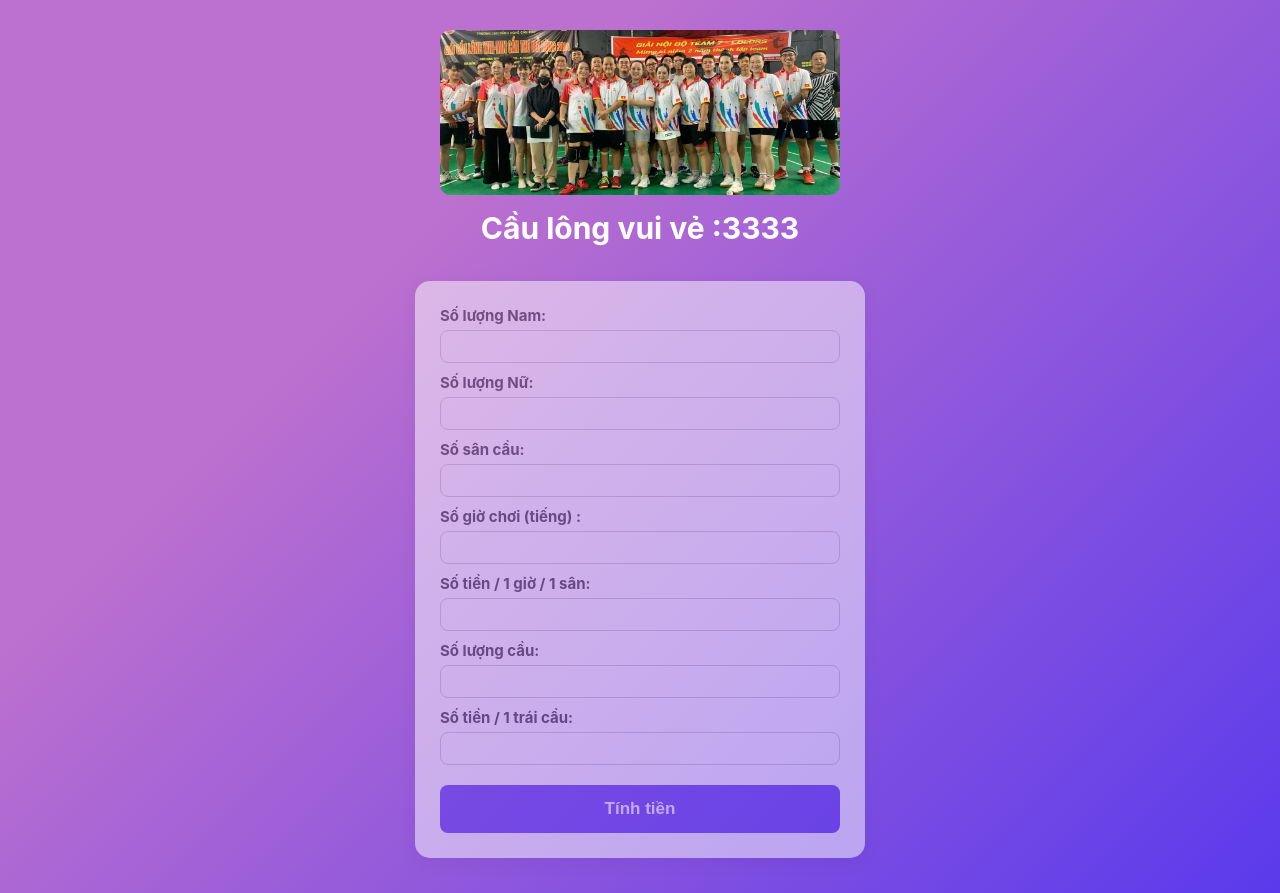
Repository: LuongPTCE181311/Badminton
Page: index.html
An editor plug-in stored every save of this project. The page is shown before and after a run of saves, followed by the edit.
The browser window is 1280 px wide. The pictures show the whole page.

Above is the page before, as saved 2025-12-08 00:58:13.

### index.html
<!DOCTYPE html>
<html lang="vi">

<head>
    <meta charset="UTF-8" />
    <meta name="viewport" content="width=device-width, initial-scale=1.0" />
    <title>Tính Tiền Sân Cầu Lông</title>
    <link rel="stylesheet" href="assets/css/style.css" />
</head>

<body>


    <div class="hero">
        <img src="assets/images/Caulongvuive.jpg" id="img" class="hero-img" alt="Group" />
        <h1 class="title">Cầu lông vui vẻ :3333</h1>
    </div>


    <div class="container">
        <form id="calcForm">


            <div class="form-group">
                <label>Số lượng Nam:</label>
                <input type="number" id="men" />
                <span class="error" id="men_err"></span>
            </div>


            <div class="form-group">
                <label>Số lượng Nữ:</label>
                <input type="number" id="women" />
                <span class="error" id="women_err"></span>
            </div>


            <div class="form-group">
                <label>Số sân cầu:</label>
                <input type="number" id="courts" />
                <span class="error" id="courts_err"></span>
            </div>


            <div class="form-group">
                <label>Số giờ chơi (tiếng) :</label>
                <input type="number" id="hours" />
                <span class="error" id="hours_err"></span>
            </div>


            <div class="form-group">
                <label>Số tiền / 1 giờ / 1 sân:</label>
                <input type="number" id="pricePerHour" />
                <span class="error" id="pricePerHour_err"></span>
            </div>


            <div class="form-group">
                <label>Số lượng cầu:</label>
                <input type="number" id="shuttleCount" />
                <span class="error" id="shuttleCount_err"></span>
            </div>


            <div class="form-group">
                <label>Số tiền / 1 trái cầu:</label>
                <input type="number" id="pricePerShuttle" />
                <span class="error" id="pricePerShuttle_err"></span>
            </div>


            <button type="button" id="calculateBtn" class="btn">Tính tiền</button>
        </form>
    </div>


    <div id="resultModal" class="modal hidden">
        <div class="modal-content">
            <h2>Kết Quả Tính Tiền</h2>
            <div id="result"></div>
            <button id="closeModal" class="close-btn">Đóng</button>
        </div>
    </div>


    <script src="assets/js/main.js"></script>
</body>

</html>

### assets/css/style.css
* {
  box-sizing: border-box;
}

body {
  margin: 0;
  padding: 10px;
  font-family: -apple-system, BlinkMacSystemFont, "Segoe UI", Roboto,
    "Helvetica Neue", Arial, sans-serif;
  background: linear-gradient(135deg, #bc70cf 30%, #5a3aec 100%);
  min-height: 100vh;
}

.hero {
  text-align: center;
  padding-top: 20px;
  max-width: 100%;
  overflow: hidden;
}

.hero-img {
  width: 100%;
  max-width: 400px;
  height: auto;
  display: block;
  margin: 0 auto 15px auto;
  border-radius: 10px;
  object-fit: cover;
}

.close-btn {
  padding: 12px;
  font-size: 15px;
  border-radius: 10px;
  width: 100%;
  margin-top: 3%;
  background-color: #bd5ad6;
  border: none;
  outline: none;
  color: white;
}

.title {
  font-size: clamp(24px, 5vw, 30px);
  font-weight: bold;
  color: white;
  margin: 10px 0;
  text-shadow: 2px 2px 4px rgba(0, 0, 0, 0 3);
  padding: 0 15px;
}

.container {
  width: calc(100% - 20px);
  max-width: 450px;
  margin: 25px auto;
  background-color: white;
  padding: 25px;
  border-radius: 15px;
  box-shadow: 0 4px 20px rgba(0, 0, 0, 0.1);
  opacity: 0.5;
}

label {
  font-weight: 700;
  display: block;
  margin-bottom: 5px;
  font-size: 15px;
  color: #333;
}

input {
  width: 100%;
  padding: 8px 8px;
  background: rgba(255, 255, 255, 0.6) !important;
  border-radius: 8px;
  border: 1px solid #ccc;
  transition: 0.3s;
  -webkit-appearance: none;
  appearance: none;
}

input:focus {
  outline: none;
  border-color: #1e88e5;
  box-shadow: 0 0 0 3px rgba(30, 136, 229, 0.1);
}

input.error-border {
  border-color: #e53935 !important;
}

.error {
  font-size: 12px;
  color: #d84747;
  font-weight: 600;
  display: block;
  min-height: 10px;
}

.btn {
  width: 100%;
  padding: 14px;
  background: #5a3aec;
  color: white;
  font-size: 17px;
  font-weight: 600;
  border: none;
  border-radius: 8px;
  cursor: pointer;
  transition: background 0.3s, transform 0.1s;
  margin-top: 10px;
}

.btn:hover {
  background: #3c22b3;
}

.btn:active {
  transform: scale(0.98);
}

.modal {
  position: fixed;
  inset: 0;
  background: rgba(0, 0, 0, 0.5);
  display: flex;
  justify-content: center;
  align-items: center;
  z-index: 1000;
  padding: 20px;
}

.hidden {
  display: none !important;
}

.modal-content {
  background: white;
  padding: 25px;
  width: calc(100% - 40px);
  max-width: 400px;
  border-radius: 15px;
  text-align: left;
  box-shadow: 0 4px 15px rgba(0, 0, 0, 0.2);
  max-height: 90vh;
  overflow-y: auto;
}

.modal-content h2 {
  margin-top: 0;
  margin-bottom: 20px;
  text-align: center;
  color: #333;
  font-size: clamp(20px, 4vw, 24px);
}

#result {
  line-height: 1.8;
  font-size: 14px;
  color: #555;
}

#result b {
  color: #333;
}

. close-btn {
  margin-top: 20px;
  background: #e53935;
  color: white;
  padding: 12px;
  width: 100%;
  border: none;
  border-radius: 8px;
  cursor: pointer;
  font-size: 16px;
  font-weight: 600;
  transition: background 0.3s, transform 0.1s;
}

.close-btn:hover {
  background: #d32f2f;
}

. close-btn:active {
  transform: scale(0.98);
}

/* Tablet devices */
@media screen and (max-width: 768px) {
  body {
    padding: 10px;
  }

  . container {
    width: calc(100% - 20px);
    margin: 20px auto;
    padding: 20px;
  }

  . hero {
    padding: 15px 0;
  }

  .hero-img {
    max-width: 350px;
  }
}

/* Mobile devices */
@media screen and (max-width: 480px) {
  body {
    padding: 10px;
  }

  .container {
    width: calc(100% - 20px);
    margin: 0 auto;
    padding: 20px 15px;
    border-radius: 12px;
  }

  .hero {
    padding: 5px 0;
  }

  .hero-img {
    max-width: 100%;
    width: calc(100% - 20px);
    margin: 0 auto 10px auto;
  }

  .title {
    font-size: 22px;
    padding: 0 10px;
  }

  .error {
    font-size: 12px;
    color: #d84747;
    font-weight: 600;
    display: block;
    margin-top: 5px;
    min-height: 10px;
  }

  label {
    font-size: 14px;
  }

  input {
    width: 100%;
    padding: 9px;
    background: rgba(255, 255, 255, 0.6) !important;
    border-radius: 8px;
    border: 1px solid #ccc;
    transition: 0.3s;
    -webkit-appearance: none;
    appearance: none;
  }

  .btn {
    padding: 14px;
    font-size: 16px;
  }

  . modal {
    padding: 15px;
  }

  .modal-content {
    width: calc(100% - 30px);
    padding: 20px;
    border-radius: 12px;
  }

  .modal-content h2 {
    font-size: 20px;
    margin-bottom: 15px;
  }

  #result {
    font-size: 13px;
    line-height: 1.7;
  }

  .close-btn {
    padding: 12px;
    font-size: 15px;
    border-radius: 10px;
    width: 100%;
    margin-top: 3%;
    background-color: #bd5ad6;
    border: none;
    outline: none;
    color: white;
  }
}

/* Very small mobile devices */
@media screen and (max-width: 360px) {
  body {
    padding: 8px;
  }

  . container {
    width: calc(100% - 16px);
    padding: 15px 12px;
  }

  . title {
    font-size: 22px;
  }

  . hero-img {
    width: calc(100% - 16px);
  }

  input {
    width: 100%;
    padding: 12px;
    background: rgba(255, 255, 255, 0.6) !important;
    border-radius: 8px;
    border: 1px solid #ccc;
    transition: 0.3s;
    -webkit-appearance: none;
    appearance: none;
  }

  .btn {
    padding: 12px;
    font-size: 15px;
  }

  .modal-content {
    width: calc(100% - 24px);
    padding: 15px;
  }

  #result {
    font-size: 12px;
  }
}

/* Landscape orientation on mobile */
@media screen and (max-height: 600px) and (orientation: landscape) {
  body {
    padding: 5px;
  }

  . hero {
    padding: 5px 0;
  }

  .hero-img {
    max-width: 200px;
    max-height: 120px;
    margin-bottom: 5px;
  }

  .title {
    font-size: 18px;
    margin: 5px 0;
  }

  .container {
    margin: 10px auto;
    width: calc(100% - 10px);
    max-width: 600px;
  }

  . modal-content {
    max-height: 85vh;
  }
}

### assets/js/main.js
// ===================== VALIDATION =========================

function setError(id, message) {
  const input = document.getElementById(id);
  const err = document.getElementById(id + "_err");
  err.textContent = message;
  input.classList.add("error-border");
}

function clearError(id) {
  const input = document.getElementById(id);
  const err = document.getElementById(id + "_err");
  err.textContent = "";
  input.classList.remove("error-border");
}

function validateField(id) {
  const value = document.getElementById(id).value.trim();

  switch (id) {
    case "men":
    case "women":
      if (value === "" || isNaN(value) || parseInt(value) < 0) {
        setError(id, "Giá trị phải ≥ 0");
        return false;
      }
      const men = parseInt(document.getElementById("men").value) || 0;
      const women = parseInt(document.getElementById("women").value) || 0;
      if (men === 0 && women === 0) {
        setError(id, "Nam + Nữ phải ≥ 1");
        return false;
      }
      break;

    case "courts":
      if (value === "" || isNaN(value) || parseInt(value) <= 0) {
        setError(id, "Số sân phải > 0");
        return false;
      }
      break;

    case "hours":
      if (value === "" || isNaN(value) || parseFloat(value) <= 0) {
        setError(id, "Số giờ phải > 0 (cho phép thập phân)");
        return false;
      }
      break;

    case "pricePerHour":
      if (value === "" || isNaN(value) || parseInt(value) < 1000) {
        setError(id, "Tiền / giờ phải ≥ 1000đ");
        return false;
      }
      break;

    case "shuttleCount":
      if (value === "" || isNaN(value) || parseInt(value) <= 0) {
        setError(id, "Số lượng cầu phải > 0");
        return false;
      }
      break;

    case "pricePerShuttle":
      if (value === "" || isNaN(value) || parseInt(value) < 1000) {
        setError(id, "Tiền 1 trái cầu phải ≥ 1000đ");
        return false;
      }
      break;
  }

  clearError(id);
  return true;
}

[
  "men",
  "women",
  "courts",
  "hours",
  "pricePerHour",
  "shuttleCount",
  "pricePerShuttle",
].forEach((id) => {
  document.getElementById(id).addEventListener("input", () => {
    validateField(id);
    if (id === "men" || id === "women") {
      const otherId = id === "men" ? "women" : "men";
      validateField(otherId);
    }
  });
});

// ===================== MODAL =========================

function closeModal() {
  document.getElementById("resultModal").classList.add("hidden");
}

function openModal() {
  document.getElementById("resultModal").classList.remove("hidden");
}

document.getElementById("closeModal").addEventListener("click", closeModal);

function roundUpToThousand(num) {
  return Math.ceil(num / 1000) * 1000;
}

// ===================== THUẬT TOÁN TỐI ƯU =========================

function findOptimalSplit(total, men, women) {
  let bestSolution = null;
  let minDifference = Infinity;
  for (let targetDiff = 3000; targetDiff <= 5000; targetDiff += 1000) {
    let perWoman = (total - targetDiff * men) / (men + women);
    let perMan = perWoman + targetDiff;
    perWoman = roundUpToThousand(perWoman);
    perMan = roundUpToThousand(perMan);
    while (perMan - perWoman < 3000) {
      perMan += 1000;
    }
    while (perMan - perWoman > 5000) {
      perWoman += 1000;
    }
    let actualTotal = perMan * men + perWoman * women;
    while (actualTotal < total) {
      const option1Woman = perWoman + 1000;
      const option1Total = perMan * men + option1Woman * women;
      if (perMan - option1Woman < 3000) {
        perMan += 1000;
      }
      perWoman = option1Woman;
      actualTotal = perMan * men + perWoman * women;
    }
    const genderDiff = perMan - perWoman;
    if (genderDiff < 3000 || genderDiff > 5000) {
      continue;
    }
    const difference = actualTotal - total;
    if (difference < minDifference) {
      minDifference = difference;
      bestSolution = {
        perMan: perMan,
        perWoman: perWoman,
        actualTotal: actualTotal,
        genderDiff: genderDiff,
      };
    }
  }

  return bestSolution;
}

// ===================== CALCULATE =========================

document.getElementById("calculateBtn").addEventListener("click", function () {
  let ok = true;
  const ids = [
    "men",
    "women",
    "courts",
    "hours",
    "pricePerHour",
    "shuttleCount",
    "pricePerShuttle",
  ];

  ids.forEach((id) => {
    if (!validateField(id)) ok = false;
  });

  if (!ok) return;

  const men = parseInt(document.getElementById("men").value) || 0;
  const women = parseInt(document.getElementById("women").value) || 0;
  const courts = parseInt(document.getElementById("courts").value);
  const hours = parseFloat(document.getElementById("hours").value);
  const pHour = parseInt(document.getElementById("pricePerHour").value);
  const scount = parseInt(document.getElementById("shuttleCount").value);
  const pShut = parseInt(document.getElementById("pricePerShuttle").value);

  const courtCost = courts * hours * pHour;
  const shuttleCost = scount * pShut;
  const total = courtCost + shuttleCost;

  let perMan = 0,
    perWoman = 0,
    actualTotal = 0;

  if (men > 0 && women > 0) {
    const solution = findOptimalSplit(total, men, women);
    perMan = solution.perMan;
    perWoman = solution.perWoman;
    actualTotal = solution.actualTotal;

    document.getElementById("result").innerHTML = `
        <b>Chi tiết chi phí:</b><br>
        • Tiền sân: ${courts} sân × ${hours}h × ${pHour.toLocaleString(
      "vi-VN"
    )}đ = ${courtCost.toLocaleString("vi-VN")} VND<br>
        • Tiền cầu: ${scount} cầu × ${pShut.toLocaleString(
      "vi-VN"
    )}đ = ${shuttleCost.toLocaleString("vi-VN")} VND<br><br>

        <b>Tổng dự kiến:</b> ${total.toLocaleString("vi-VN")} VND<br>
        <b>Tổng thực tế:</b> ${actualTotal.toLocaleString("vi-VN")} VND<br>
        <b>Chênh lệch tổng:</b> +${(actualTotal - total).toLocaleString(
          "vi-VN"
        )} VND<br><br>

        <b>Tiền mỗi nam:</b> <b>${perMan.toLocaleString(
          "vi-VN"
        )} đ </b>(x${men})<br>
        <b>Tiền mỗi nữ:</b> <b>${perWoman.toLocaleString(
          "vi-VN"
        )} đ </b>(x${women})<br><br>

        <b>Chênh lệch Nam/Nữ:</b> ${(perMan - perWoman).toLocaleString(
          "vi-VN"
        )} đ
    `;
  } else if (men > 0) {
    perMan = roundUpToThousand(total / men);
    actualTotal = perMan * men;

    document.getElementById("result").innerHTML = `
        <b>Chi tiết chi phí:</b><br>
        • Tiền sân: ${courts} sân × ${hours}h × ${pHour.toLocaleString(
      "vi-VN"
    )}đ = ${courtCost.toLocaleString("vi-VN")} VND<br>
        • Tiền cầu: ${scount} cầu × ${pShut.toLocaleString(
      "vi-VN"
    )}đ = ${shuttleCost.toLocaleString("vi-VN")} VND<br><br>

        <b>Tổng dự kiến:</b> ${total.toLocaleString("vi-VN")} VND<br>
        <b>Tổng thực tế:</b> ${actualTotal.toLocaleString("vi-VN")} VND<br>
        <b>Chênh lệch:</b> +${(actualTotal - total).toLocaleString(
          "vi-VN"
        )} VND<br><br>

        <b>Tiền mỗi nam:</b> <b> ${perMan.toLocaleString(
          "vi-VN"
        )} đ </b>(x${men})
    `;
  } else {
    perWoman = roundUpToThousand(total / women);
    actualTotal = perWoman * women;

    document.getElementById("result").innerHTML = `
        <b>Chi tiết chi phí:</b><br>
        • Tiền sân: ${courts} sân × ${hours}h × ${pHour.toLocaleString(
      "vi-VN"
    )}đ = ${courtCost.toLocaleString("vi-VN")} VND<br>
        • Tiền cầu: ${scount} cầu × ${pShut.toLocaleString(
      "vi-VN"
    )}đ = ${shuttleCost.toLocaleString("vi-VN")} VND<br><br>

        <b>Tổng dự kiến:</b> ${total.toLocaleString("vi-VN")} VND<br>
        <b>Tổng thực tế:</b> ${actualTotal.toLocaleString("vi-VN")} VND<br>
        <b>Chênh lệch:</b> +${(actualTotal - total).toLocaleString(
          "vi-VN"
        )} VND<br><br>

        <b>Tiền mỗi nữ:</b> <b>${perWoman.toLocaleString(
          "vi-VN"
        )} đ</b> (x${women})
    `;
  }

  openModal();
});

After the next 2 saves:
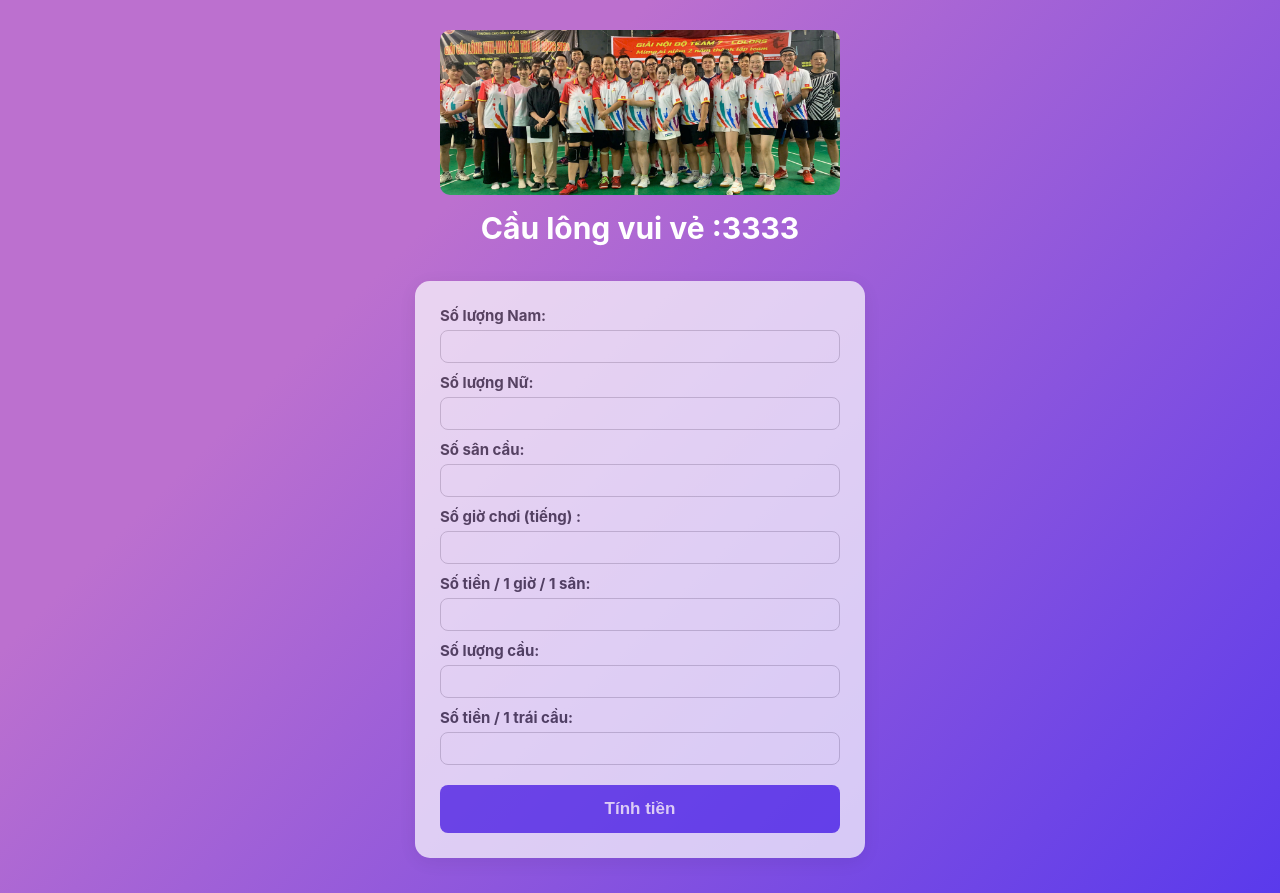
The 2 saves are shown as one change because they came seconds apart.
The last was saved 13 s later.
--- a/assets/css/style.css
+++ b/assets/css/style.css
@@ -57,7 +57,7 @@ body {
   padding: 25px;
   border-radius: 15px;
   box-shadow: 0 4px 20px rgba(0, 0, 0, 0.1);
-  opacity: 0.5;
+  opacity: 0.7;
 }
 
 label {
